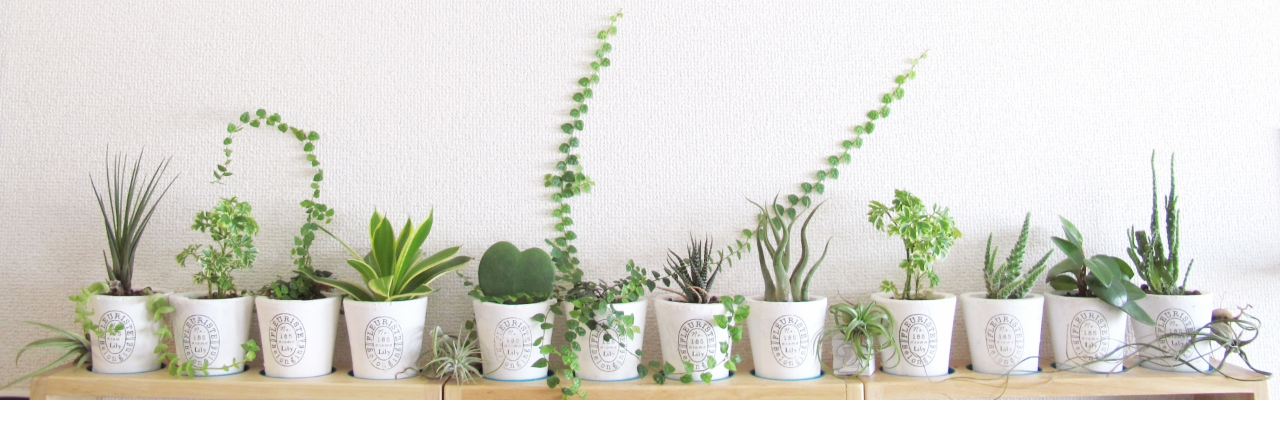
Repository: YuraTajima/DMM-all
Page: chapter7/chapter7.html
The author's editor kept a record of every edit. The page is drawn from the files as they stood at one moment, then again after the next edit.
The browser window is 1280 px wide. The pictures show the whole page.

Above is the page before.

### chapter7/chapter7.html
<!DOCTYPE html>

<html lang="ja">
  <head>

    <meta charset="utf-8" />

    <link rel="stylesheet" href="chapter7.css"  />

    <title>chapter7</title>

  </head>

  <body>
    <header>




    </header>

    <div class="">


    </div>












  </body>

</html>

### chapter7/chapter7.css
*{
  margin: 0;
  padding: 0;
  box-sizing: border-box;
}

header{
  width: 100%;
  height: 400px;
  background-image: url(img/mv.jpg);
  background-size: 100%;
  background-position: bottom;
}

After the next edit:
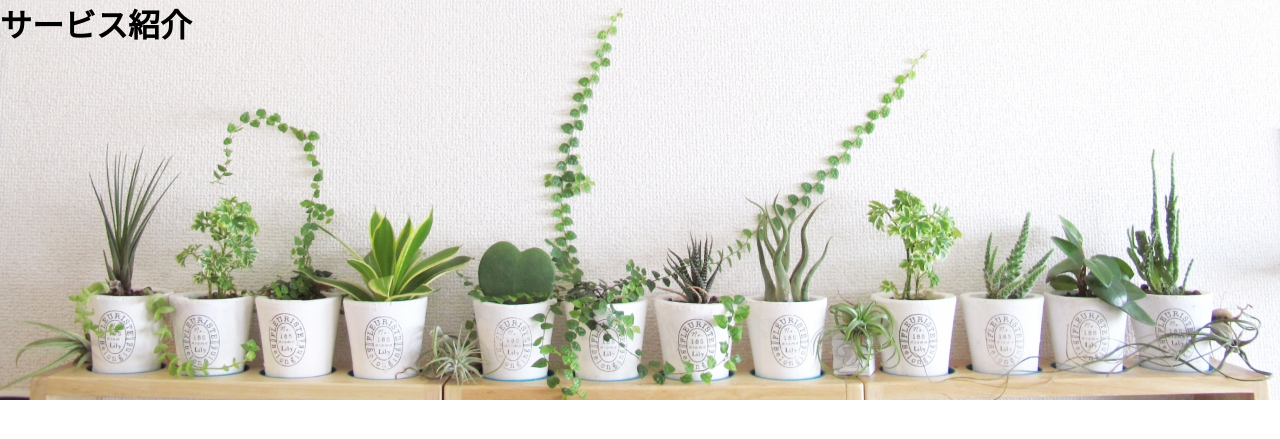
The edit:
--- a/chapter7/chapter7.html
+++ b/chapter7/chapter7.html
@@ -14,8 +14,7 @@
   <body>
     <header>
 
-
-
+      <h1>サービス紹介</h1>
 
     </header>
 
